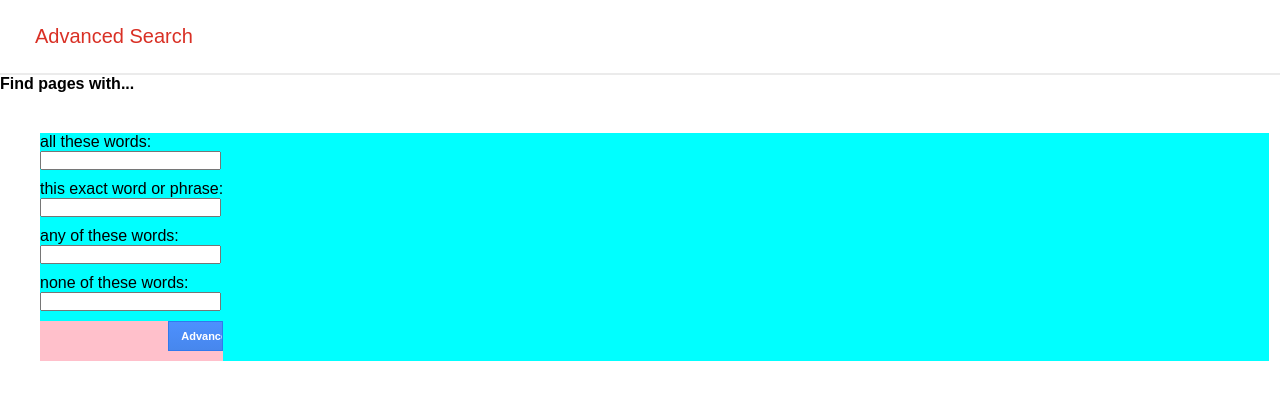
Repository: etentuk/search
Page: advanced_search.html
These files come from the project's save history. The page is drawn as it stood at one moment and after the next save; the edit follows.
The browser window is 1280 px wide. The pictures show the whole page.

Above is the page before, as saved 2021-11-05 00:33:42.

After the next save:
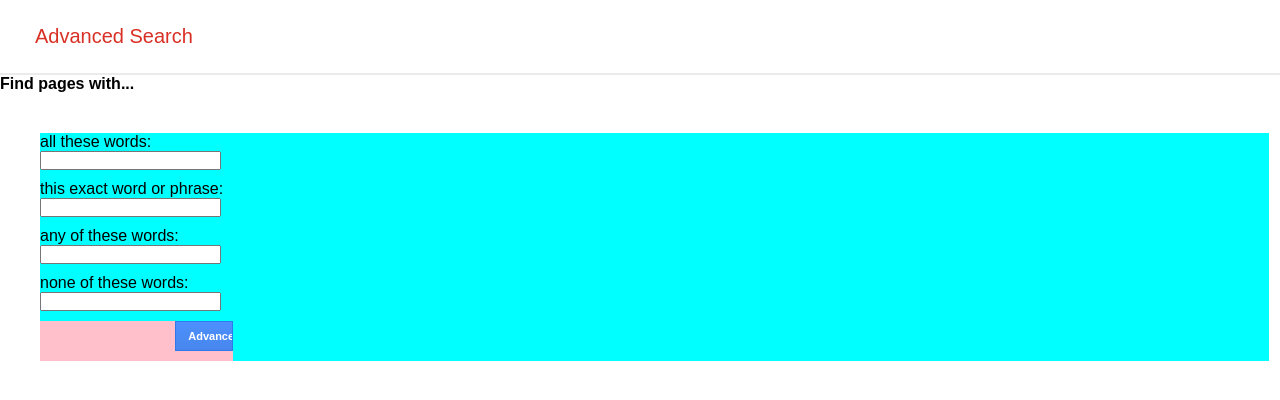
Saved 30 s later.
--- a/styles.css
+++ b/styles.css
@@ -17,6 +17,10 @@
   background-color: aqua;
   width: 96%;
   margin: 40px;
+}
+
+label {
+  padding-right: 10px;
 }
 
 label,
